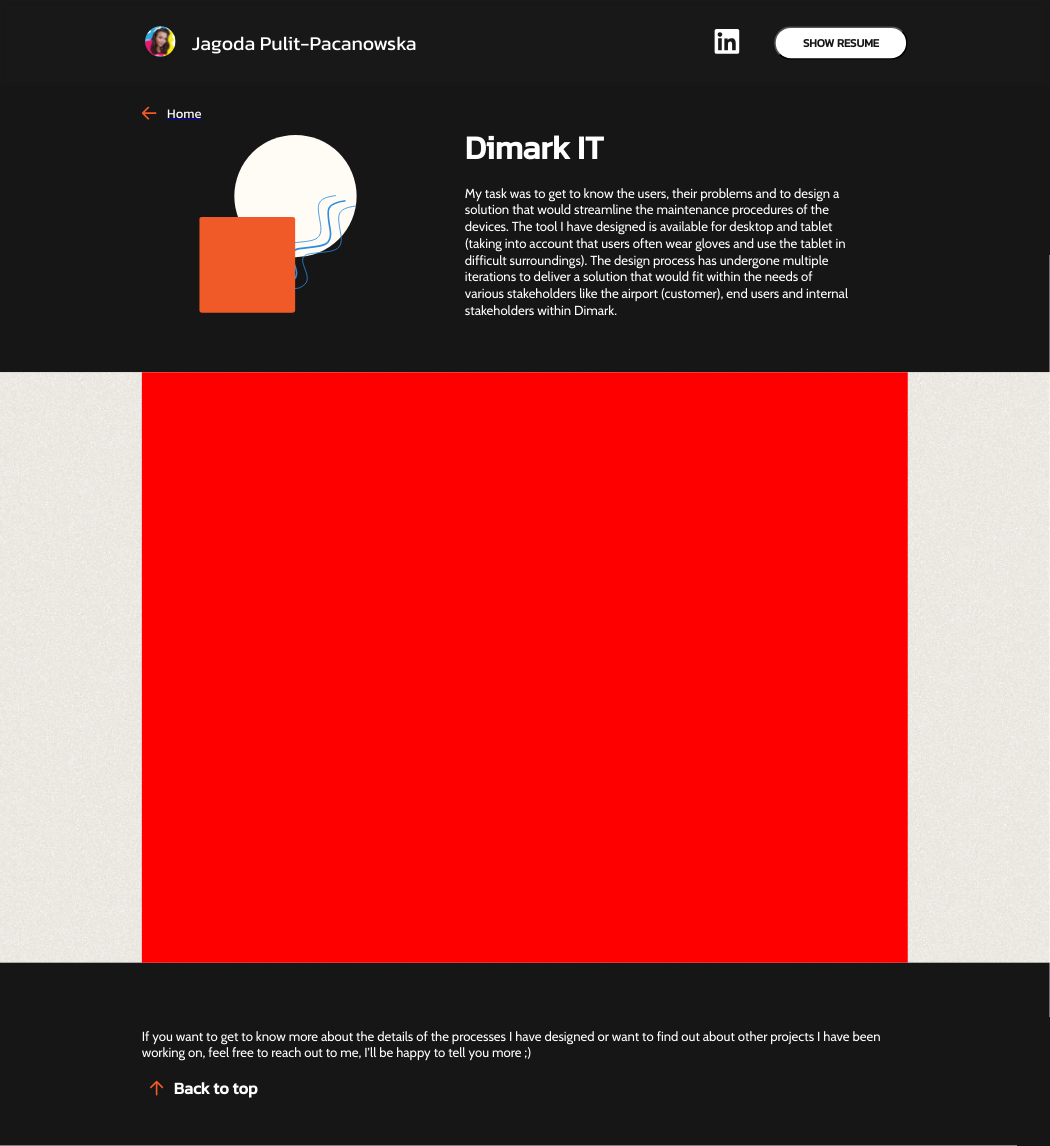
Repository: remigiuszpulit/ux-ui-portfolio
Page: /dimarkit
An editor plug-in stored every save of this project. The page is shown before and after the next save, followed by the edit.
The browser window is 1280 px wide. The pictures show the whole page, at 82% of full size.
The project was rebuilt for these pictures with package versions that can differ from the ones it lists, and the page was loaded fresh each time. Also part of the build but not shown: src/components/Card.js, src/pages/index.js.

Above is the page before, as saved 2022-10-03 22:07:48.

After the next save:
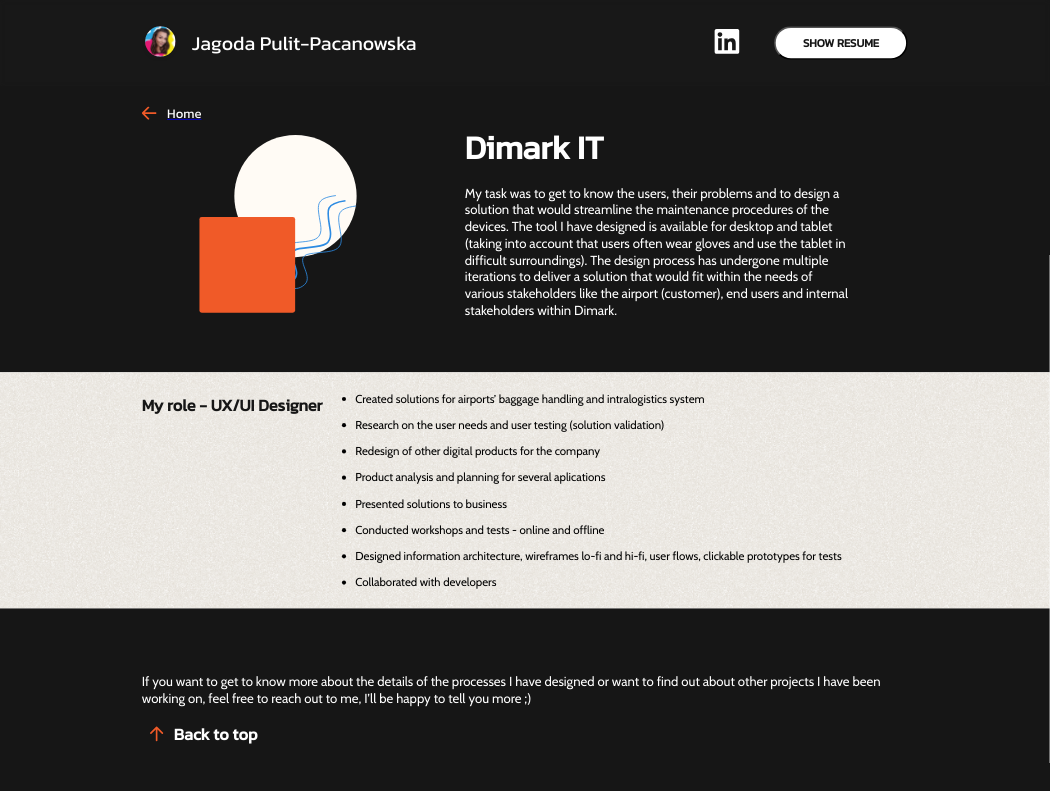
Saved 4 min 11 s later.
--- a/src/pages/dimark.js
+++ b/src/pages/dimark.js
@@ -15,7 +15,33 @@
         head={"Dimark IT"}
         par={headParagraph}
       >
-        <Container />
+        <ContainerRole>
+          <Title3>My role - UX/UI Designer</Title3>
+          <ul>
+            <StyledListItem>
+              Created solutions for airports’ baggage handling and
+              intralogistics system
+            </StyledListItem>
+            <StyledListItem>
+              Research on the user needs and user testing (solution validation)
+            </StyledListItem>
+            <StyledListItem>
+              Redesign of other digital products for the company
+            </StyledListItem>
+            <StyledListItem>
+              Product analysis and planning for several aplications
+            </StyledListItem>
+            <StyledListItem>Presented solutions to business</StyledListItem>
+            <StyledListItem>
+              Conducted workshops and tests - online and offline
+            </StyledListItem>
+            <StyledListItem>
+              Designed information architecture, wireframes lo-fi and hi-fi,
+              user flows, clickable prototypes for tests
+            </StyledListItem>
+            <StyledListItem>Collaborated with developers</StyledListItem>
+          </ul>
+        </ContainerRole>
       </PageLayout>
     </>
   );
@@ -23,9 +49,12 @@
 
 export default Dimark;
 
-const Container = styled.div`
-  background: red;
-  height: 100vh;
+const ContainerRole = styled.div`
+  display: flex;
+`;
+const ContainerDateTools = styled.div`
+  display: flex;
+  flex-direction: column;
 `;
 
 const Title3 = styled.h3`
@@ -50,3 +79,14 @@
 
   color: #000000;
 `;
+
+const TextListStyle = styled.p`
+  font-family: "Cabin";
+  font-style: normal;
+  font-weight: 400;
+  font-size: 14px;
+  line-height: 32px;
+  /* or 229% */
+
+  color: #000000;
+`;
